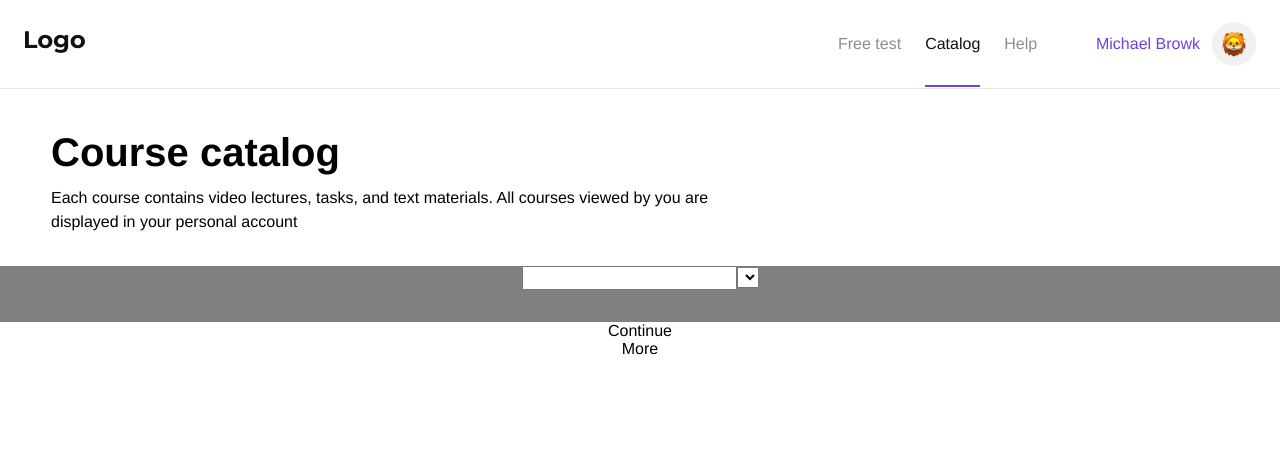
Repository: skydevil1604/vue-test-app
Page: /#/main-page
An editor plug-in stored every save of this project. The page is shown before and after the next save, followed by the edit.
The browser window is 1280 px wide. The pictures show the whole page.
The project was rebuilt for these pictures with package versions that can differ from the ones it lists, and the page was loaded fresh each time. Also part of the build but not shown: src/components/Tabs.vue, src/components/Tab.vue, src/components/Login.vue, src/components/Registration.vue, src/components/AuthenticationForm.vue.

Above is the page before, as saved 2020-04-06 20:19:57.

After the next save:
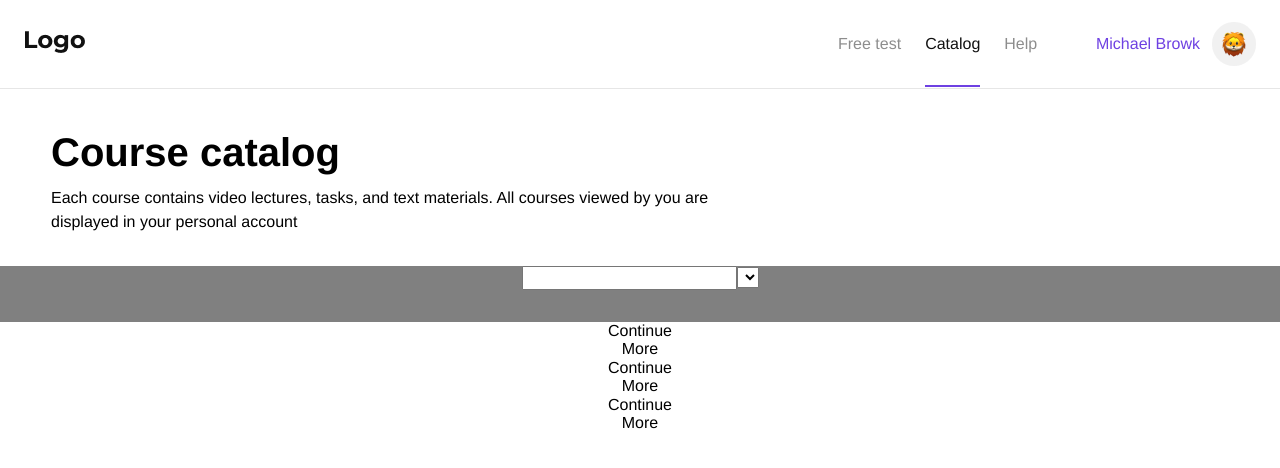
Saved 25 s later.
--- a/src/components/MainPage.vue
+++ b/src/components/MainPage.vue
@@ -45,8 +45,24 @@
                     <div class="post__button post__button--secondary">More</div>
                 </div>
             </div>
-            <div class="post"></div>
-            <div class="post"></div>
+            <div class="post">
+                <div class="post__header"></div>
+                <div class="post__title"></div>
+                <div class="post__info"></div>
+                <div class="post__button-wrapper">
+                    <div class="post__button post__button--main">Continue</div>
+                    <div class="post__button post__button--secondary">More</div>
+                </div>
+            </div>
+            <div class="post">
+                <div class="post__header"></div>
+                <div class="post__title"></div>
+                <div class="post__info"></div>
+                <div class="post__button-wrapper">
+                    <div class="post__button post__button--main">Continue</div>
+                    <div class="post__button post__button--secondary">More</div>
+                </div>
+            </div>
         </section>
     </div>
 </template>
